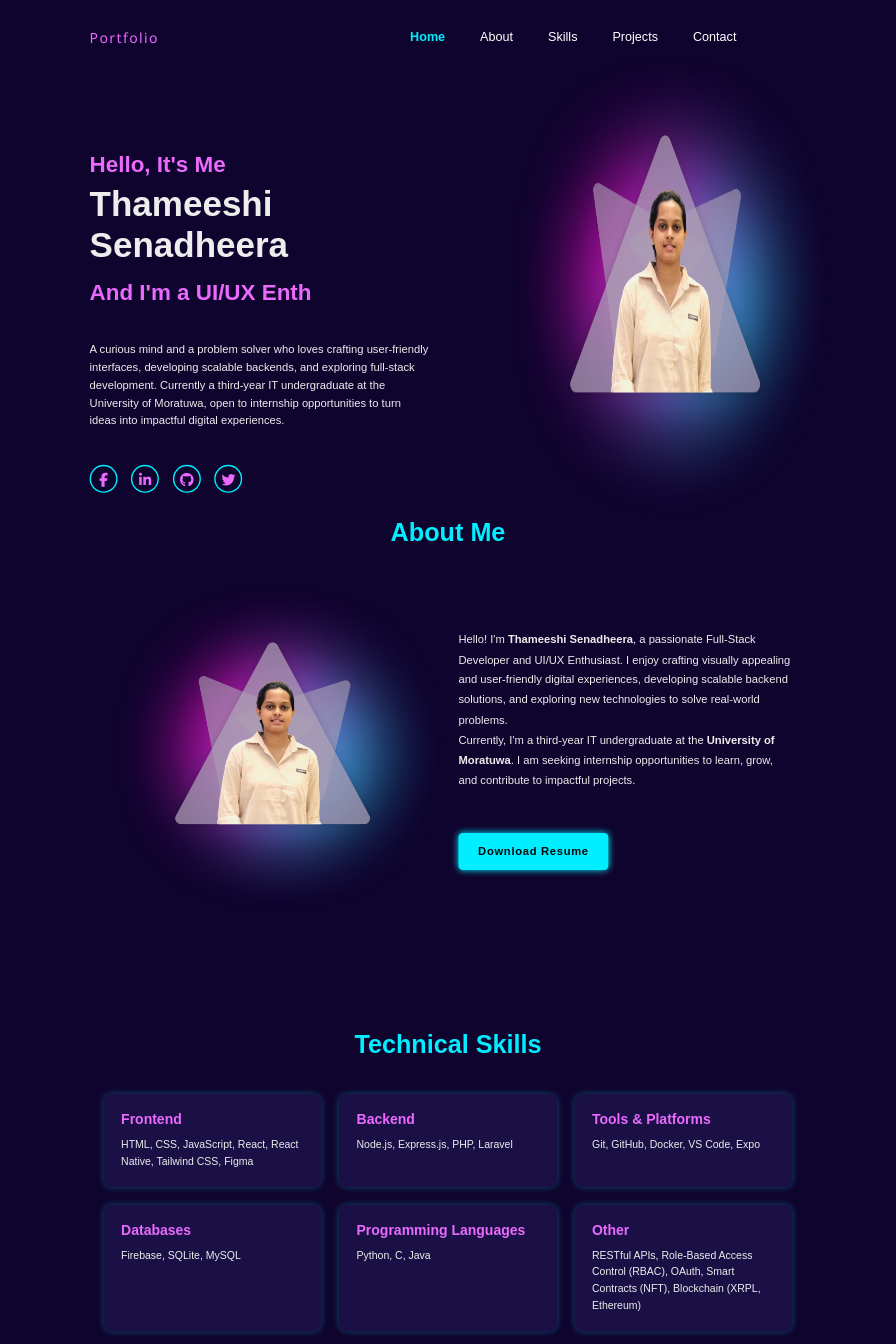
Repository: Thameeshi/portfolio-website
Page: http://localhost/
The author's editor kept a copy of each file at every save. The page is drawn from the files as they stood at one save, then again after the next save.
The browser window is 1280 px wide. The pictures show the part of the page from y = 0 to 1920 px (the page is 3616 px tall), at 70% of full size.
Some web libraries are served in a nearby version. The page is served by the project's Node server (server.js).

Above is the page before, as saved 2025-09-10 11:06:27.

After the next save:
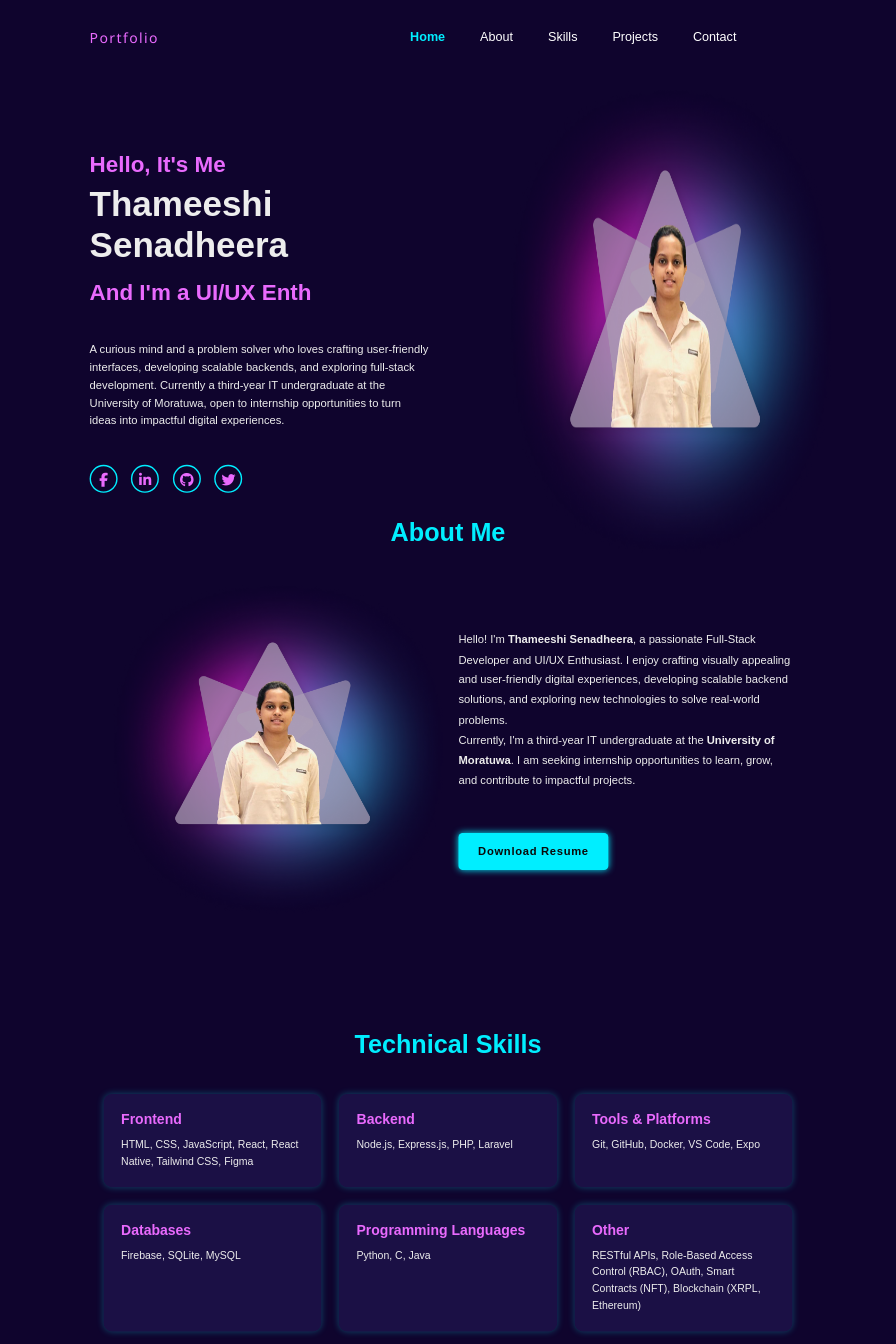
Saved 15 s later.
--- a/public/css/style.css
+++ b/public/css/style.css
@@ -138,7 +138,7 @@ body {
     width: 1000px;
     height: 700px;
     margin-left: 50px;
-    margin-top: 100px;
+    margin-top: 200px;
 }
 
 /* Float animation */
